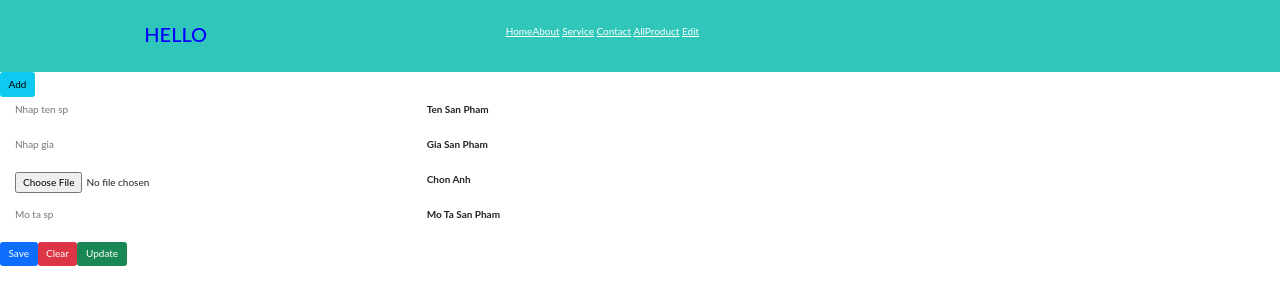
Repository: Hothidani/React
Page: /AllProduct (app in exa/my-react-router-A/)
An editor plug-in stored every save of this project. The page is shown before and after the next save, followed by the edit.
The browser window is 1280 px wide. The pictures show the whole page.
The page's requests for data from a server got no answer. The project was rebuilt for these pictures with package versions that can differ from the ones it lists, and the page was loaded fresh each time. No one was signed in, and anything a server would have sent is missing. Also part of the build but not shown: exa/my-react-router-A/src/component/Navigation.js, exa/my-react-router-A/src/component/Home.js, exa/my-react-router-A/src/component/About.js, exa/my-react-router-A/src/component/Service.js, exa/my-react-router-A/src/component/Contact.js, exa/my-react-router-A/src/component/Edit.js, exa/my-react-router-A/src/component/Add.js.

Above is the page before, as saved 2021-05-10 22:54:15.

### exa/my-react-router-A/public/index.html
<!DOCTYPE html>
<html lang="en">
  <head>
    <meta charset="utf-8" />
    <link rel="icon" href="%PUBLIC_URL%/favicon.ico" />
    <meta name="viewport" content="width=device-width, initial-scale=1" />
    <meta name="theme-color" content="#000000" />

    <meta
      name="description"
      content="Web site created using create-react-app"
    />
    <link rel="apple-touch-icon" href="%PUBLIC_URL%/logo192.png" />
    <!--
      manifest.json provides metadata used when your web app is installed on a
      user's mobile device or desktop. See https://developers.google.com/web/fundamentals/web-app-manifest/
    -->
    <link rel="manifest" href="%PUBLIC_URL%/manifest.json" />
    <link href="%PUBLIC_URL%/../../src/index.css">
    <link rel="stylesheet" href="https://maxcdn.bootstrapcdn.com/bootstrap/3.4.1/css/bootstrap.min.css">
    <script src="https://ajax.googleapis.com/ajax/libs/jquery/3.5.1/jquery.min.js"></script>
    <script src="https://maxcdn.bootstrapcdn.com/bootstrap/3.4.1/js/bootstrap.min.js"></script>
    <!--
      Notice the use of %PUBLIC_URL% in the tags above.
      It will be replaced with the URL of the `public` folder during the build.
      Only files inside the `public` folder can be referenced from the HTML.

      Unlike "/favicon.ico" or "favicon.ico", "%PUBLIC_URL%/favicon.ico" will
      work correctly both with client-side routing and a non-root public URL.
      Learn how to configure a non-root public URL by running `npm run build`.
    -->
    <title>React App</title>
  </head>
  <body>
    <noscript>You need to enable JavaScript to run this app.</noscript>
    <div id="root"></div>
    <!--
      This HTML file is a template.
      If you open it directly in the browser, you will see an empty page.

      You can add webfonts, meta tags, or analytics to this file.
      The build step will place the bundled scripts into the <body> tag.

      To begin the development, run `npm start` or `yarn start`.
      To create a production bundle, use `npm run build` or `yarn build`.
    -->
  </body>
</html>

### exa/my-react-router-A/src/index.js
import React from 'react';
import ReactDOM from 'react-dom';
import App from "./App";
// import AddForm from './App';
import reportWebVitals from './reportWebVitals';

ReactDOM.render(
  <React.StrictMode>
    <App></App>
  </React.StrictMode>,
  document.getElementById('root')
);

// If you want to start measuring performance in your app, pass a function
// to log results (for example: reportWebVitals(console.log))
// or send to an analytics endpoint. Learn more: https://bit.ly/CRA-vitals
reportWebVitals();

### exa/my-react-router-A/src/App.js
import React, { Component } from 'react';
import './App.css';
import './css.css';

import { BrowserRouter as Router, Route, NavLink, Link, Switch } from 'react-router-dom';
import Routers from './component/Routes';


const colorWord = { color: 'White' }
class App extends Component {
  render() {
    return (
      <Router>

        <nav>
          <h2>HELLO</h2>
          <ul className="nav-link">
            <li className="d-inline"><Link to="/" style={colorWord}>Home</Link></li>
            <li className="d-inline"><Link to="/About" style={colorWord} >About</Link></li>
            <li className="d-inline"> <Link to="/Service" style={colorWord}>Service</Link></li>
            <li className="d-inline"> <Link to="/Contact" style={colorWord}>Contact</Link></li>
            <li className="d-inline"> <Link to="/AllProduct" style={colorWord}>AllProduct</Link></li>
            <li className="d-inline"> <Link to="/Edit" style={colorWord}>Edit</Link></li>
          </ul>
        </nav>
        <Switch>
          {this.showContentMenu(Routers)}
        </Switch>

      </Router>
    );

  }
  showContentMenu = (Routers) => {
    var result = null;
    if (Routers.length > 0) {
      result = Routers.map((route, index) => {
        return (

          <Route key={index} path={route.path} exact={route.exact} component={route.main} />
        );
      });
    }
    return result;
  }

}

export default App;

### exa/my-react-router-A/src/App.css
.App {
  text-align: center;
}

nav{
  display: flex;
  justify-content: space-around;
  align-items: center;
  min-height: 10vh;
  background: rgb(48, 199, 186);
  color:blue;
}

.nav-link{
  width: 50%;
  display: flex;
  align-items: center;
  justify-content: space-around;
  list-style: none;
  color: black;
}



/* .row{
  display: flex;
  align-items: center;
} */

### exa/my-react-router-A/src/css.css
* {
    padding: 0;
    margin: 0;
    border: none;
    font-family: 'Lato', sans-serif;
    box-sizing: border-box;
}

html {
    background-color: white;
    text-rendering: optimizeLegibility;
}

.clearfix::after {
    content: "";
    display: table;
    clear: both;
}

.form-control {
    border-radius: 40px;
    border-top-left-radius: 40px;
    border-top-right-radius: 40px;
    border-bottom-right-radius: 40px;
    border-bottom-left-radius: 40px;
}

.content-input {
    width: 500px;
    /* background: #00FFFF; */
}

.content-input-flex {
    display: flex;
    justify-content: space-between;
}

.content-input-footer {
    font-size: 18px;
    display: flex;
    justify-content: center;
}

.footer-logo {
    display: flex;
    justify-content: center;
}

input[class=form-control] {
    background: transparent;
    -webkit-border-radius: 20px;
    -moz-border-radius: 20px;
    border-radius: 20px;
    border: 1px solid none;
    color: #BB0000;
    width: 100%;
    padding-left: 10px;
}

input[class=form-control]:focus {
    outline: none;
    background: #99FFFF;
    border: 1px solid #2da8d9;
    color: #f33838;
}

input[class=form-control]:hover {
    background: #CCFFFF;
    border: 1px solid #2da8d9;
}

.content-input-wrap {
    border-radius: 10px;
    border: rgb(120, 199, 223);
    background-color: rgba(156, 212, 210, 0.4);
    position: relative;
    color: rgba(255, 255, 255, 0.2);
    /* box-shadow: 0px 20px 20px rgb(0 0 0 / 10%), 0px 30px 26px rgb(0 0 0 / 10%); */
}

.content-input-wrap h3 {
    font-weight: 300;
    color: #2da8d9;
}

.content-input-wrap .social {
    width: 100%;
}

.content-input-wrap .social a {
    width: 100%;
    display: block;
    border: 1px solid #00FFFF;
    color: rgba(243, 75, 9, 0.2);
    background: #99CCFF;
}

.content-input-wrap .social a:hover {
    background: rgba(214, 106, 5, 0.2);
    color: rgba(255, 255, 255, 0.2);
    border-color: #00FFFF;
}

.buttonn{
    display: flex;
    justify-content: space-around;
    align-items: center;
    min-width: 5%;

}

### exa/my-react-router-A/src/component/Routes.js
import React from 'react';
import {BrowserRouter as Router, Route} from 'react-router-dom';
import Navigation from './Navigation';
import Home from './Home'
import About from './About';
import Service from './Service';
import Contact from './Contact';
import AllProduct from './AllProduct';
import Edit from './Edit';
import Add from './Add';

const Routers = [
	{
		path : '/',
		exact : true,
		main : ()=> <Home />
	},
	{
		path : '/About',
		exact : true,
		main : ({match})=> <About match={match} />
	},
    {
		path : '/Contact',
		exact : true,
		main : ({match})=> <Contact match={match} />
	}
		,
		  {
			path : '/Service',
			exact : true,
			main : ({match})=> <Service match={match} />
		},
		{
		  path : '/AllProduct',
		  exact : true,
		  main : ({match})=> <AllProduct match={match} />
	  }
	  ,
	  {
		path : '/Add',
		exact : true,
		main : ({match})=> <Add match={match} />
	}
	,
	{
	  path : '/Edit',
	  exact : true,
	  main : ({match})=> <Edit match={match} />
  }


]

export default Routers

### exa/my-react-router-A/src/component/AllProduct.js
// import React, { Component } from 'react';
// import axios from 'axios';
// import Add from './Add';
// import 'bootstrap/dist/css/bootstrap.min.css';


// import { NavLink } from 'react-router-dom';
// class AllProduct extends Component {
//     constructor(props) {
//         super(props);
//         this.state = {
//             product: []
//         }

//     }
//     componentDidMount() {
//         axios({
//             method: 'GET',
//             url: ' https://6093b5e8a7e53a001795161e.mockapi.io/Products',
//             data: null
//         }).then(res => {
//             this.setState({
//                 product: res.data
//             });
//         }).catch(err => {
//         });
//     }




//     // render() {
//     //     return (
//     //       <div className="row">
//     //         {this.state.product.map(element => {
//     //           return (
//     //             <div className="col-3">
//     //               <div className="card" style={{ width: '500', height: '300' }}>

//     //                 <div className="container">
//     //                   <h4><b>{element.id}</b></h4>
//     //                   <b>  {element.product_name}</b>
//     //                   <div class="spacing">
//     //                     <p>Type</p>

//     //                     <img  src={element.product_pic}   width={300} height={200}></img>
//     //                   </div>
//     //                   <div class="spacing">
//     //                     <p>Area</p>
//     //                     <p>{element.price}</p>
//     //                   </div>

//     //                   <div style={{ display: 'flex' }}> <button style={{ width: '300px' }} type="button" class="btn btn-primary" onClick={this.handleBuy}>ADD</button>
//     //                   </div>

//     //                 </div>
//     //               </div>
//     //             </div>
//     //           );
//     //         })}
//     //       </div>
//     //     );
//     //   }
//     // }

//     // componentWillUpdate() {
//     //     if (this.state.sort === true) {
//     //         axios({
//     //             method: 'GET',
//     //             url: 'http://localhost:3000/products?_sort=price&_order=asc&_limit=4',
//     //             data: null
//     //         }).then(res => {
//     //             this.setState({
//     //                 product: res.data
//     //             });
//     //         }).catch(err => {
//     //         });
//     //     } else {
//     //         axios({
//     //             method: 'GET',
//     //             url: 'http://localhost:3000/products?_sort=price&_order=desc&_limit=4',
//     //             data: null
//     //         }).then(res => {
//     //             this.setState({
//     //                 product: res.data
//     //             });
//     //         }).catch(err => {
//     //         });
//     //     }

//     // }

//     Low = () => {
//         this.setState({
//             sort: true
//         });
//     }

//     High = () => {
//         this.setState({
//             sort: false
//         });
//     }

//     onChange = (event) => {
//         var target = event.target;
//         var name = target.name;
//         var value = target.value;
//         this.setState({
//             [name]: value
//         });
//     }

// delete(e) {
// 	e.preventDefault();
//     if(window.confirm('Are you sure?'))
// {
//     fetch('https://6093b5e8a7e53a001795161e.mockapi.io/Products' + e,{
//         method:'DELETE',
//         headers:{'OK':'aplication/json',
//         'Content-Type':'aplication/json'
//     }
//     })
// }
// 	axios.delete('https://6093b5e8a7e53a001795161e.mockapi.io/Products')
// 	.then(res => console.log(res.data));
// }


//     render() {
//         var { product, keyword } = this.state;
//         return (
//             <div>

//                                          <div className="d-inline">
//                                             <NavLink to={`/Add`} >
//                                                 <button className="btn btn-info ">Add <i className="fa fa-chevron-right" /></button>
//                                                 <div className="clearfix" />
//                                             </NavLink>
//                                         </div>
//                 {this.state.product.map((product) => {
//                     return (
//                         <React.Fragment>
//                             <div className="col-sm-3 mt-4 row ">
//                                 <div className="single-item">
//                                     <div className="ribbon-wrapper">
//                                         <div className="ribbon sale">San Pham: {product.id}</div>
//                                         <div className="ribbon sale">Mo Ta: {product.describe}</div>
//                                     </div>
//                                     <div className="single-item-header">
//                                         <a><img src={product.product_pic} alt="" height="300" width="500" /></a>
//                                     </div>
//                                     <div className="single-item-body">
//                                         <p className="single-item-title text-center text-danger t">{product.product_name}</p>
//                                         <p className="single-item-price text-center">
//                                             <span className="mb-3 t">Gia: ${product.price}</span>
//                                         </p>
//                                     </div>
//                                     <div className="single-item-caption mt-1 ml-5">
//                                         <a className="add-to-cart pull-left"><i className="fa fa-shopping-cart" /></a>

//                                         <button type="submit" className="btn btn-primary  " onclick={this.onSubmit}>Update</button>
//                                         <button type="submit" onclick={this.delete} className="btn btn-danger">Delete</button>
//                                         <NavLink to="/AllProduct" className="btn btn-success">View</NavLink>
//                                         {/* <NavLink to="/AllProduct" className="btn btn-success">View</NavLink>
//                                          <div className="d-inline">
//                                             <NavLink to={`/Add`} >
//                                                 <button className="btn btn-info ">Add <i className="fa fa-chevron-right" /></button>
//                                                 <div className="clearfix" />
//                                             </NavLink>
//                                         </div> */}
//                                         {/*
//                                         <div className="d-inline">
//                                             <NavLink to={`/products/${product.id}/productdetail`}  >
//                                                 <button className="btn btn-info ">Details <i className="fa fa-chevron-right" /></button>
//                                                 <div className="clearfix" />
//                                             </NavLink>
//                                         </div> */}
//                                     </div>
//                                 </div>
//                             </div>
//                         </React.Fragment>
//                     );
//                 })}
//             </div>


//         );
//     }
// }



// export default AllProduct;


 import { NavLink } from 'react-router-dom';
 import 'bootstrap/dist/css/bootstrap.min.css';


import React, { Component } from 'react';
import axios from 'axios';
import { toast } from 'react-toastify';
//import { toast } from 'react-toastify';

class AllProduct extends Component {
    constructor(props) {
        super(props)
        this.state = {
            products: [],
            id: '',
            product_name: '',
            price: '',
            describe: '',
            product_pic:''
        }
    }

    onChange = (event) => {
        var target = event.target;
        var nam = target.name;
        var val = target.value;
        this.setState({
            [nam]: val
        });
    }

    onClear = () => {
        this.setState({
            id: '',
            product_name: '',
            price: '',
            describe: '',
            product_pic:''
        });
    }

    onSave = (event) => {
        event.preventDefault();
        const pro = {
        product_name: this.state.product_name,
		product_pic: this.state.product_pic,
        price: this.state.price,
        describe: this.state.describe
        };
        axios({
            method: 'POST',
            url: `https://6093b5e8a7e53a001795161e.mockapi.io/Products`,
            data: pro
        }).then(res => {
           res.data = pro;
           alert("Đã thêm một sản phẩm thành công")
        }).catch(err => {
        });
       /* axios.post(`https://6093b5e8a7e53a001795161e.mockapi.io/Products`, pro)
            .then(res => {
                alert("Đã thêm một sản phẩm thành công")
                console.log(res);
                console.log(res.data);
            })
        this.state.products.push(pro);*/
    }

    componentDidMount() {
        axios({
            method: 'GET',
            url: '  http://localhost:3000/Products',
            data: null
        }).then(res => {
            this.setState({
                products: res.data
            });
        }).catch(err => {
        });
    }




    onDelete = (id) => {
        alert ("Delete");
        this.setState({
          products:this.state.products.filter(item=>item.id!=id)
        })
       axios({
          method: 'DELETE',
          url:`https://6093b5e8a7e53a001795161e.mockapi.io/Products/${id}`,
      }).then (res =>{
          console.log(res);
          console.log(res.data);
      }).catch(err =>{
      })
      }

    render() {
        return (
            <React.Fragment>
                <div>
                <div className="d-inline">
                                           <NavLink to={`/Add`} >
                                                <button className="btn btn-info ">Add <i className="fa fa-chevron-right" /></button>
                                               <div className="clearfix" />
                                           </NavLink >
               </div>
                    <div>
                    <form onSubmit={this.onSave}>
                    <div className="form-group">
                        <h2>{this.state.product_name}</h2>
                        <label  >Ten San Pham</label>
                        <input name="product_name" type="text" className="col-sm-4" id="tensp" placeholder="Nhap ten sp"  onChange={this.onChange} />
                    </div>
                    <div className="form-group">
                        <label  >Gia San Pham</label>
                        <input name="price" type="number" className="col-sm-4" id="giasp" placeholder="Nhap gia"  onChange={this.onChange}/>
                    </div>
                    <div className="form-group">
                        <label  >Chon Anh</label>
                        <input name="product_pic" ref={(input) =>{this.product_pic= input}} type="file" className="col-sm-4" id="anhsp" placeholder="" onChange={this.onChange} />
                    </div>
                    <div className="form-group">
                        <label  >Mo Ta San Pham</label>
                        <input name="describe" type="text" className="col-sm-4" id="motasp" placeholder="Mo ta sp" onChange={this.onChange}  />
                    </div>
                    <button type="submit"  className="btn btn-primary  ">Save</button>
                    <button type="button" onclick={this.onClear} className="btn btn-danger">Clear</button>
                    <button type="button" onClick={this.onUpdate}  className="btn btn-success">Update</button>

            </form>

                    </div>
                    {this.state.products.map(element => {
                        return (
                            <div>
                                <p>{element.id}</p>
                                <p>{element.product_name}</p>
                                <p>{element.price}</p>
                                <p>{element.describe}</p>
                                <img src={element.product_pic} alt="" height="300" width="500" />
                                <div>
                                    <button type="button" onClick={this.onEdit}  className="btn btn-success">Edit</button>
                                    <button type="button"  onClick={()=>this.onDelete(element.id)} className="btn btn-danger">Delete</button>
                                </div>
                            </div>
                        );
                    })}
                </div>
            </React.Fragment>
        );
    }
}

class Update extends Component {
    render() {
        return (
            <React.Fragment>
                <div>
                    <form onSubmit={this.onUpdate}>
                        Name:
                        <input type='text' name="name" value={this.state.name} onChange={this.onChange} /><br /><br />
                        Type:
                        <input type='text' name="type" value={this.state.type} onChange={this.onChange} /><br /><br />
                        Quantity:
                        <input type='text' name="quantity" value={this.state.quantity} onChange={this.onChange} /><br /><br />
                        <div>
                            <button type="submit" className="btn bt-primary">Update</button>
                        </div>
                    </form>
                </div>
            </React.Fragment>
        );
    }
}

export default AllProduct;

Loaded but not shown: exa/my-react-router-A/src/reportWebVitals.js (common file)

After the next save:
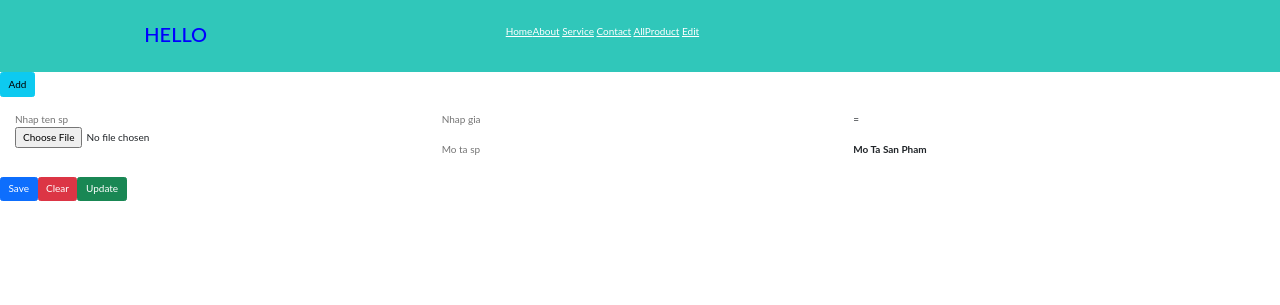
Saved 30 s later.
--- a/exa/my-react-router-A/src/component/AllProduct.js
+++ b/exa/my-react-router-A/src/component/AllProduct.js
@@ -306,16 +306,13 @@ class AllProduct extends Component {
                     <form onSubmit={this.onSave}>
                     <div className="form-group">
                         <h2>{this.state.product_name}</h2>
-                        <label  >Ten San Pham</label>
                         <input name="product_name" type="text" className="col-sm-4" id="tensp" placeholder="Nhap ten sp"  onChange={this.onChange} />
                     </div>
                     <div className="form-group">
-                        <label  >Gia San Pham</label>
                         <input name="price" type="number" className="col-sm-4" id="giasp" placeholder="Nhap gia"  onChange={this.onChange}/>
                     </div>
                     <div className="form-group">
-                        <label  >Chon Anh</label>
-                        <input name="product_pic" ref={(input) =>{this.product_pic= input}} type="file" className="col-sm-4" id="anhsp" placeholder="" onChange={this.onChange} />
+=                        <input name="product_pic" ref={(input) =>{this.product_pic= input}} type="file" className="col-sm-4" id="anhsp" placeholder="" onChange={this.onChange} />
                     </div>
                     <div className="form-group">
                         <label  >Mo Ta San Pham</label>
